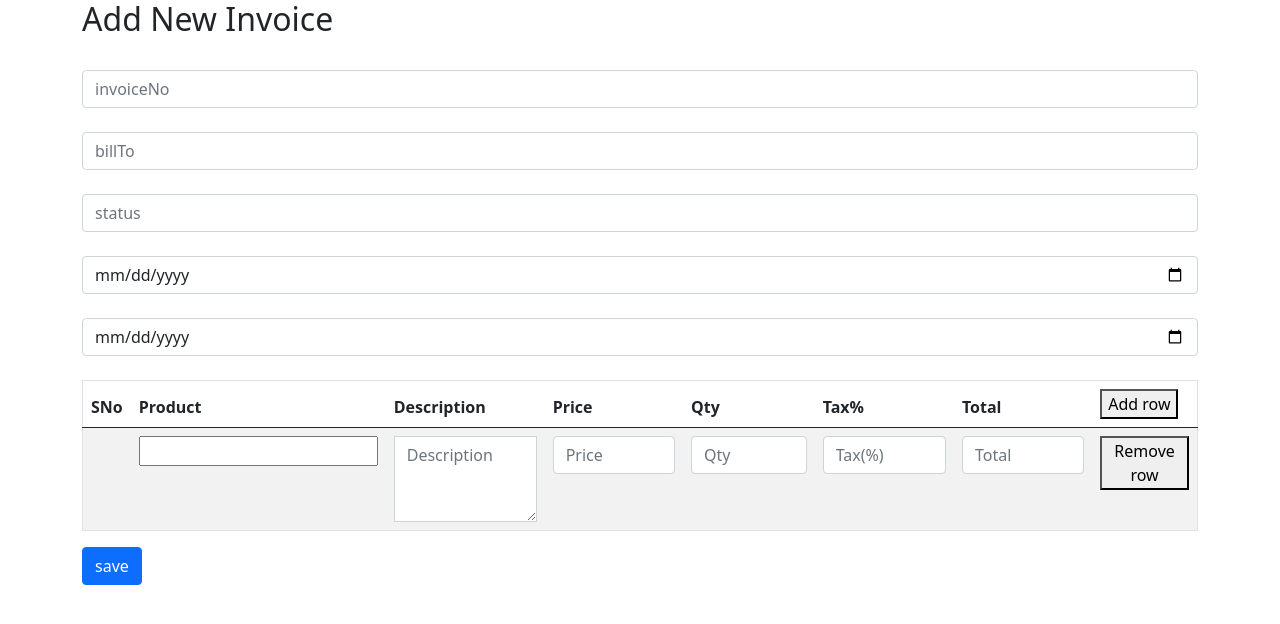
Repository: Aayush13013/Invoice_Management_app
Page: http://localhost/invoiceInfo/WEB-INF/jsp/new_invoiceInfo.jsp
The author's editor kept a copy of each file at every save. The page is drawn from the files as they stood at one save, then again after the next save.
The browser window is 1280 px wide. The pictures show the whole page.
The page is served by Tomcat 9. Nobody is signed in. The template is opened directly, without the code that normally fills it, so the values that code supplies are empty.

Above is the page before, as saved 2021-12-24 10:07:29.

After the next save:
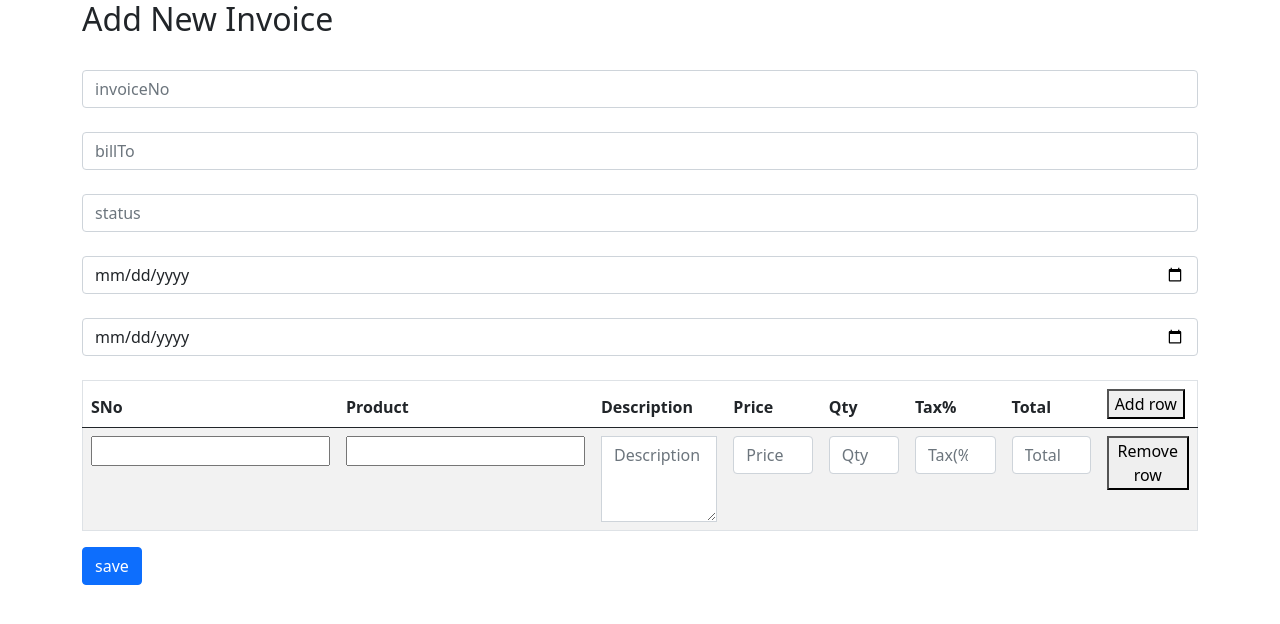
Saved 4 s later.
--- a/invoiceInfo/invoiceInfo/src/main/webapp/WEB-INF/jsp/new_invoiceInfo.jsp
+++ b/invoiceInfo/invoiceInfo/src/main/webapp/WEB-INF/jsp/new_invoiceInfo.jsp
@@ -90,7 +90,7 @@
                     <tr  path="listOfProducts" var="product" varStatus="status">
 
                         <td >
-
+                        	<input
                         </td>
 
                         <td>
